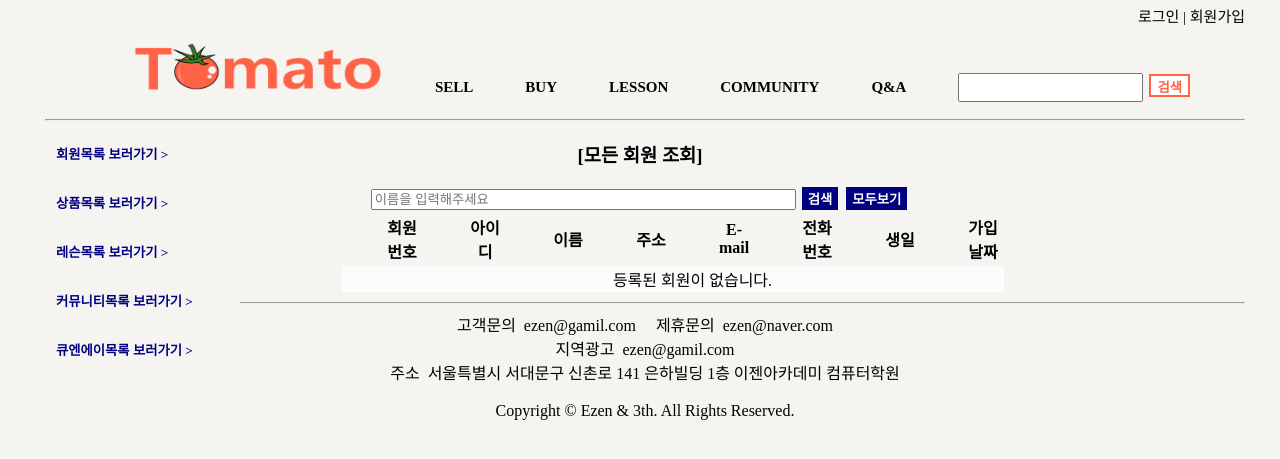
Repository: javadogfoot/semi-project
Page: http://localhost/tomato/admin/memberListAll_admin.jsp
These files come from the project's save history. The page is drawn as it stood at one moment and after the next save; the edit follows.
The browser window is 1280 px wide. The pictures show the whole page.
The page is served by Tomcat 9. Queries for data that is not in the repository find no rows.

Above is the page before, as saved 2021-10-18 16:03:08.

After the next save:
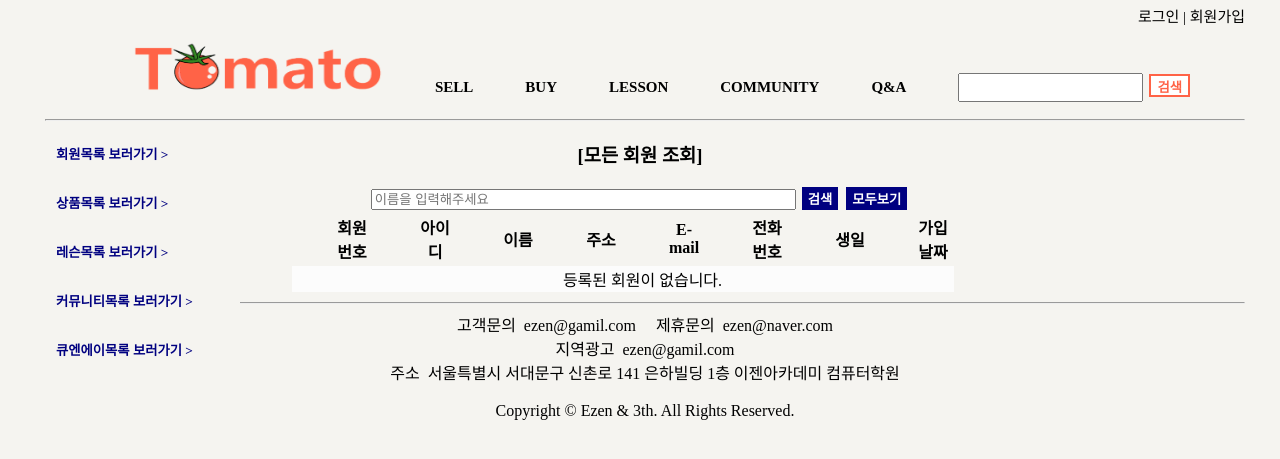
Saved 13 s later.
--- a/semi프로젝트워크스페이스/tomato/src/main/webapp/admin/memberListAll_admin.jsp
+++ b/semi프로젝트워크스페이스/tomato/src/main/webapp/admin/memberListAll_admin.jsp
@@ -117,7 +117,7 @@ function showListAll(){
       if(request.getMethod().equals("GET")){
          %>
 </section>
-            <table class="table table-striped table-hover" style="margin-left:300px;">
+            <table class="table table-striped table-hover" style="margin-left:250px;">
                 <thead>
                     <tr>
                         <th>회원번호</th>
